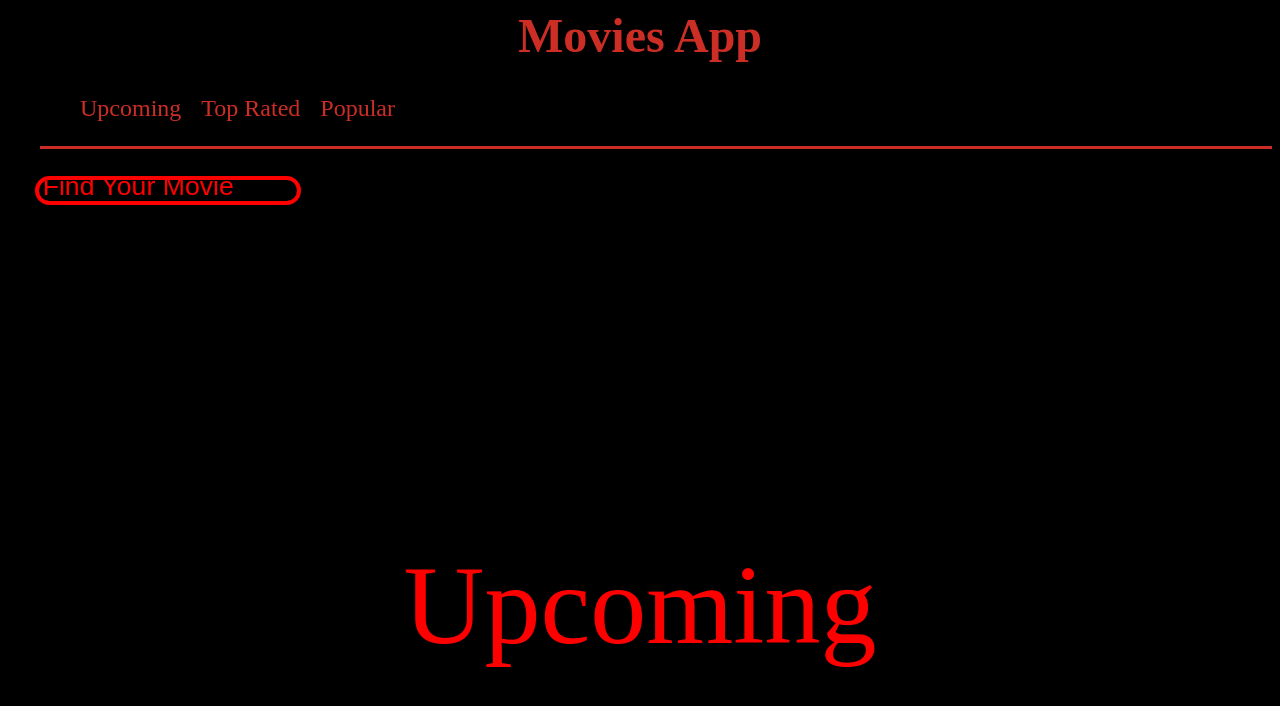
Repository: runner855/movie-app
Page: /
The author's editor kept a copy of each file at every save. The page is drawn from the files as they stood at one save, then again after the next save.
The browser window is 1280 px wide. The pictures show the whole page.
The project was rebuilt for these pictures with package versions that can differ from the ones it lists, and the page was loaded fresh each time. Also part of the build but not shown: src/styles/TopRated.css, src/components/TopRated.tsx, src/styles/Popular.css, src/api/MoviesCall.tsx, src/components/Popular.tsx.

Above is the page before, as saved 2022-11-16 18:52:13.

After the next save:
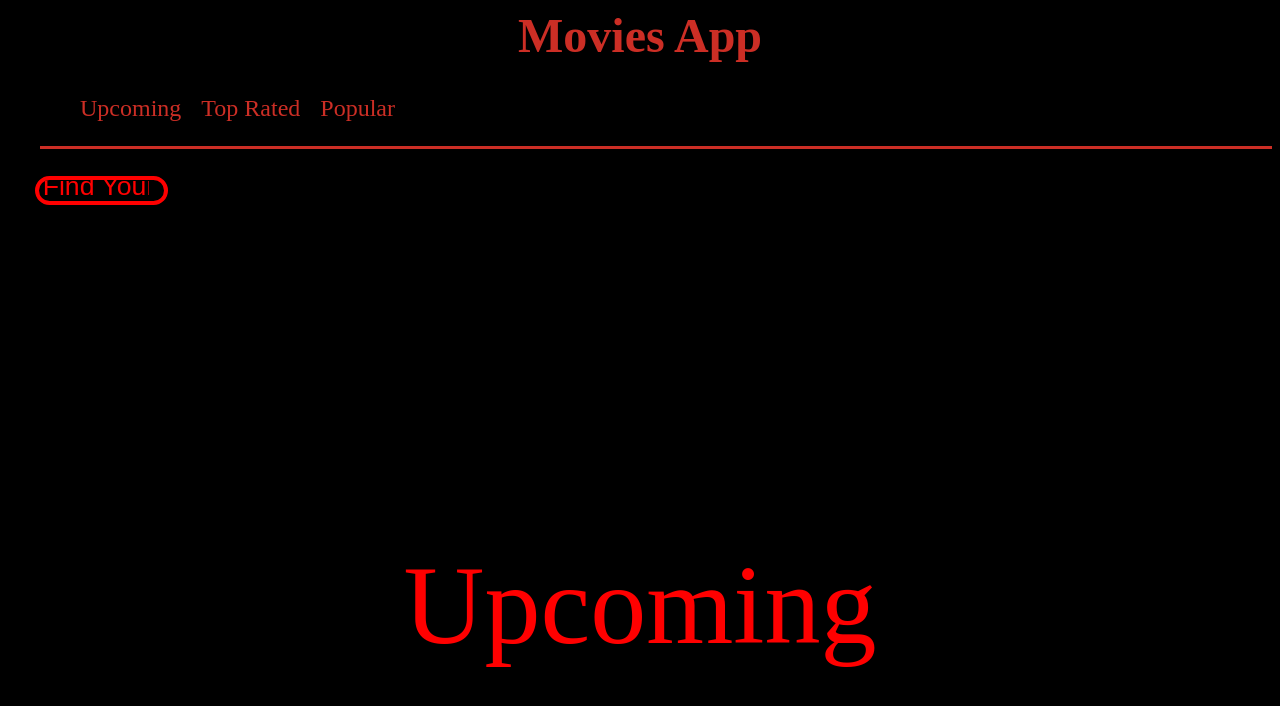
Saved 6 s later.
--- a/src/styles/MoviesFilter.css
+++ b/src/styles/MoviesFilter.css
@@ -7,7 +7,7 @@
   border: solid red 0.3em;
   border-radius: 2em;
   background-color: #0000;
-  width: 20em;
+  width: 10em;
   height: 2.2em;
 }
 
